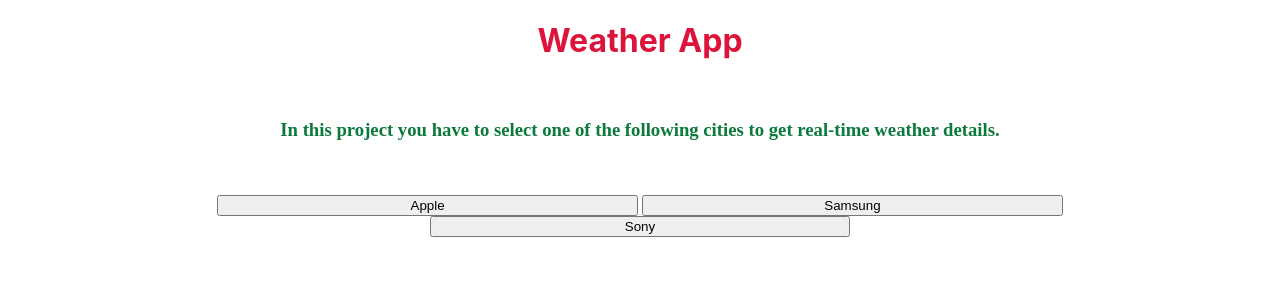
Repository: AalokJadhav/Weather_Website
Page: welcome.html
The author's editor kept a copy of each file at every save. The page is drawn from the files as they stood at one save, then again after the next save.
The browser window is 1280 px wide. The pictures show the whole page.

Above is the page before, as saved 2020-11-03 08:02:29.

After the next save:
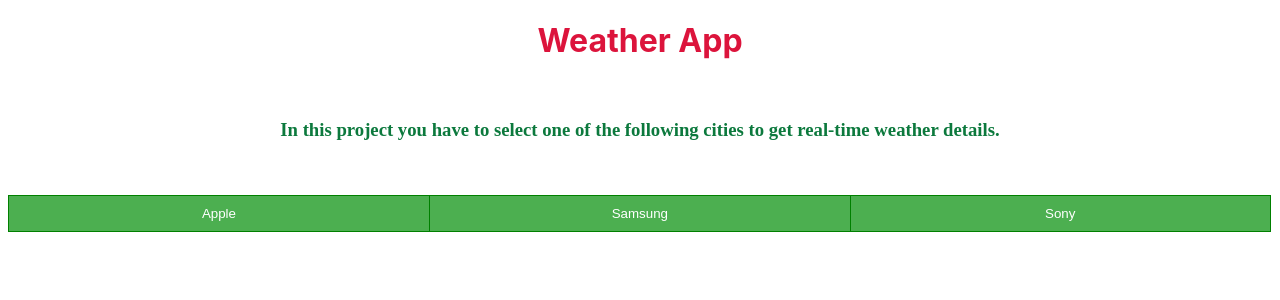
Saved 71 s later.
--- a/welcome.html
+++ b/welcome.html
@@ -5,6 +5,32 @@
     <meta name="viewport" content="width=device-width, initial-scale=1.0">
     <title>Document</title>
 </head>
+<style>
+    .btn-group button {
+      background-color: #4CAF50; /* Green background */
+      border: 1px solid green; /* Green border */
+      color: white; /* White text */
+      padding: 10px 24px; /* Some padding */
+      cursor: pointer; /* Pointer/hand icon */
+      float: left; /* Float the buttons side by side */
+    }
+
+    /* Clear floats (clearfix hack) */
+    .btn-group:after {
+      content: "";
+      clear: both;
+      display: table;
+    }
+
+    .btn-group button:not(:last-child) {
+      border-right: none; /* Prevent double borders */
+    }
+
+    /* Add a background color on hover */
+    .btn-group button:hover {
+      background-color: #3e8e41;
+    }
+    </style>
 <body style="text-align: center;">
     <h1 style="font-family:-apple-system, BlinkMacSystemFont, 'Segoe UI', Roboto, Oxygen, Ubuntu, Cantarell, 'Open Sans', 'Helvetica Neue', sans-serif; color: crimson;text-align: center;"> Weather App</h1>
     <br>
